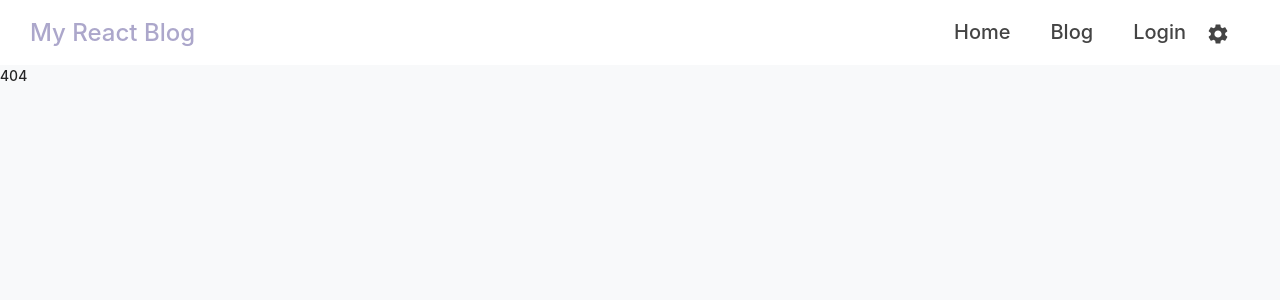
Repository: Kaycee-attah/react_blog
Page: /
The author's editor kept a copy of each file at every save. The page is drawn from the files as they stood at one save, then again after the next save.
The browser window is 1280 px wide. The pictures show the whole page.
The project was rebuilt for these pictures with package versions that can differ from the ones it lists, and the page was loaded fresh each time.

Above is the page before, as saved 2021-10-09 18:05:27.

### src/index.js
import React from 'react';
import ReactDOM from 'react-dom';
import App from './App';
import reportWebVitals from './reportWebVitals';
import './assets/scss/base.scss';
import 'antd/dist/antd.css';
import "@quasar/extras/ionicons-v4/ionicons-v4.css";

ReactDOM.render(
  <React.StrictMode>
    <App />
  </React.StrictMode>,
  document.getElementById('root')
);

// If you want to start measuring performance in your app, pass a function
// to log results (for example: reportWebVitals(console.log))
// or send to an analytics endpoint. Learn more: https://bit.ly/CRA-vitals
reportWebVitals();

### src/App.js
import React, { useState, useEffect } from "react";
import Navigation from "./components/navigation";
import {BrowserRouter as Router, Switch, Route, Redirect} from 'react-router-dom';
import PageRenderer from "./page-renderer";
import {usersSelectedModeContext} from "./contexts/usersSelectedModeContext";
import {sidebarContext} from "./contexts/sidebarContext";
import { settingsContext } from "./contexts/settingsContext";
import {SwipeProvider} from "./contexts/swipeContext";

function App() {
  const [darkMode, setDarkMode] =useState(getInitialMode());
  const [menuActive, setMenuActive] = useState(false);
  const [settingsMenu, setSettingsMenu] = useState(false);
  useEffect(() => {
    localStorage.setItem('darkMode', JSON.stringify(darkMode));
    // return () => {
    //     cleanup
    // }
}, [darkMode])

function getInitialMode() {
    const savedMode = JSON.parse(localStorage.getItem('darkMode'));
    return savedMode || false;
};
  return (
    <Router>
      <div className={darkMode ? "App-darkMode" : "App-lightMode"}>
        <usersSelectedModeContext.Provider value={{darkMode, setDarkMode}}>
          <sidebarContext.Provider value={{menuActive, setMenuActive}}>
            < settingsContext.Provider value={{settingsMenu, setSettingsMenu}} >
              <SwipeProvider>
                <Navigation/>
                <Switch>
                  <Route path="/:page" component={PageRenderer} />
                  <Route path="/" render={() => <Redirect to="/home" />} />
                  <Route component={() => 404} />
                </Switch>
              </SwipeProvider>
            </settingsContext.Provider>
          </sidebarContext.Provider>
        </usersSelectedModeContext.Provider>
      </div>
    </Router>

  );
}

export default App;

### src/assets/scss/base.scss
 @import './_variables';
 @import './_navigation';

 .App-darkMode {
    background-color: #1b2938;
 };

 .App-darkMode nav{
    background-color: #1b2938;
 };

 .App-darkMode nav .settings-dropDown-Menu-Card-true .settings-dropDown-Menu{
    background-color: #1b2938;
 };

 @media screen and (max-width: 900px) {
   .App-darkMode nav .menu-content-container {
      background-color: #1b2938;
   }
 }

 html body{
     font-family: -apple-system, BlinkMacSystemFont, 'Segoe UI', Roboto, Oxygen, Ubuntu, Cantarell, 'Open Sans', 'Helvetica Neue', sans-serif;
     font-weight: 500;
     margin: 0;
     background-color: $body-background-color;
 };

### src/components/navigation.js
import React, { useContext } from "react";
import { IoIosMenu } from "react-icons/io"
import { Sidebar } from "./Sidebar";
import { sidebarContext } from "../contexts/sidebarContext";
import { useSwipe } from "../contexts/swipeContext";
import { AiOutlineMore } from "react-icons/ai";
import { MdOutlineMenuOpen } from "react-icons/md";
import { settingsContext } from "../contexts/settingsContext";
import { Avatar } from 'antd';
import { UserOutlined } from '@ant-design/icons';
import { MdLightMode, MdNightlight } from "react-icons/md";
import { usersSelectedModeContext } from "../contexts/usersSelectedModeContext";

export default function Navigation(){
    const {menuActive, setMenuActive} = useContext(sidebarContext);
    const {settingsMenu, setSettingsMenu} = useContext(settingsContext);
    const {darkMode, setDarkMode} = useContext(usersSelectedModeContext);
    const { handleTouchStart } = useSwipe();
    const { handleTouchEnd } = useSwipe();
    const { handleTouchMove } = useSwipe();

    function handleMore() {
        setSettingsMenu(!settingsMenu);
    };
    return(

        <nav onTouchStart={handleTouchStart} onTouchEnd={handleTouchEnd} onTouchMove={handleTouchMove} className='Blog-Navigation'>
            <span onClick={() => setMenuActive(!menuActive)} className={`menu-icon ${!menuActive && 'active'}`}>
                <IoIosMenu style={{display: !menuActive ? "flex" : "none"}}/>
                <MdOutlineMenuOpen style={{display: menuActive ? "flex" : "none"}}/>
            </span>
            <span className="menu-title">My React Blog</span>
            <span className={`more-icon`} onClick={handleMore}>
                <AiOutlineMore />
            </span>
            <div className={`more-icon-dropDown-Menu-Card-${settingsMenu}`}>
                        <div className="more-icon-dropDown-Menu">
                            <div className="users-avatar">
                                <Avatar icon={<UserOutlined />} size={38}/>
                                <span className="users-avatar-name">Attah Kelechi</span>
                            </div>
                            <div className="toggle-mode-wrapper">
                                <div className="toggle-mode-container">
                                    <MdLightMode />
                                    <label>
                                        <input checked={darkMode} type="checkbox"/>
                                        <span onClick={() => setDarkMode(prevMode => !prevMode)} className="check"></span>
                                    </label>
                                    <MdNightlight />
                                </div>
                            </div>
                        </div>
                    </div>
            <Sidebar />
        </nav>
    )
}

### src/page-renderer.js
import React from 'react';
import { useRouteMatch } from 'react-router-dom';

const generatePage = page => {
    const component = () => require(`./pages/${page}`).default

/*---------            this generates each page dynamically         ---------*/
    try {
        return React.createElement(component())
    } catch (error) {
        console.warn(error);
 /*---------            this creates the 404 page seen         ---------*/
        return React.createElement(() => 404)
    }
}

export default function PageRenderer() {

    const {
        params: { page }
    } = useRouteMatch()

    return generatePage(page)
}

### src/contexts/usersSelectedModeContext.js
import { createContext } from "react";

export const usersSelectedModeContext = createContext(null);

### src/contexts/sidebarContext.js
import { createContext } from "react";

export const sidebarContext = createContext(false);

### src/contexts/settingsContext.js
import { createContext } from "react";

export const settingsContext = createContext(null);

### src/contexts/swipeContext.js
import React, { useContext, useState } from 'react';
import { sidebarContext } from './sidebarContext';

const SwipeAbleContext = React.createContext();

export function useSwipe() {
    return useContext(SwipeAbleContext);
}

export function SwipeProvider({ children }) {
    const {menuActive, setMenuActive} = useContext(sidebarContext);
    const [touchStart, setTouchStart] = useState(0);
    const [touchEnd, setTouchEnd] = useState(0);

    function handleTouchStart(e) {
        setTouchStart(e.targetTouches[0].clientX)
    };

    function handleTouchMove(e) {
        setTouchEnd(e.targetTouches[0].clientX)
    };

    function handleTouchEnd() {
        if(touchStart - touchEnd > 150 && menuActive) {
            setMenuActive(false)

        }

        if(touchStart - touchEnd < -150 && !menuActive) {
            setMenuActive(true);

        }
    }


    const value = {
        handleTouchStart,
        handleTouchEnd,
        handleTouchMove
    }

    return (
        <SwipeAbleContext.Provider value={value}>
            {children}
        </SwipeAbleContext.Provider>
    )
}

### src/assets/scss/_variables.scss
/*      ----------      all colors for different points in the appliation(normal screen size eg laptops)      -----------------------------------------      */
$body-background-color: #f8f9fa;
$title-text-color: #aca7cb;
$input-type-checkbox-Checked: #f8f8f8;
$navigation-link-color-onHover: #2997ff;
$navigation-link-color: #444;
$navigation-background-color: white;
$settings-dropDown-Menu-Card-backGroundColor: #f8f8f8;
$settings-dropDown-Menu-backGroundColor: white;
$toggle-checkbox-darkMode-backgroundColor: #092c3e;
$toggle-checkbox-lightMode-backgroundColor: #f8f8f8;
$toggle-checkbox-lightMode-check-before-backgroundColor: #f8f8f8;
$toggle-checkbox-darkMode-check-after-backgroundColor: #092c3e;

/*      ----------      all colors for different points in the appliation(smaller screen sizes eg mobile devies, tablets)      -----------------------------------------      */
$sideBar-backgroundColor: white;

### src/assets/scss/_navigation.scss
.Blog-Navigation {
    height: 65px;
    width: 100%;
    background: $navigation-background-color;
    display: flex;
    justify-content: space-between;
    color: $navigation-link-color;

    .more-icon {
        display: none;
    };

    .more-icon-dropDown-Menu-Card-true {
        display: none;
    };

    .more-icon-dropDown-Menu-Card-false {
        display: none;
    }

    .menu-title {
        font-size: 24px;
        font-weight: 500;
        display: flex;
        align-items: center;
        margin-left: 30px;
        color: $title-text-color;
    };

    .menu-content-container {
        display: flex;
        align-items: center;
        padding-right: 30px;
        ul {
            height: 100%;
            margin-block-start: 0;
            margin-block-end: 0;
            padding-inline-start: 0;
            display: flex;
            align-items: center;
            list-style-type: none;
            padding-right: 20px;

            a {
                text-decoration: none;
                padding: 0 20px 0 20px;
                font-size: 20px;
                color: $navigation-link-color;

                &:hover {
                    color: $navigation-link-color-onHover;
                };

            };

            .settings-icon {
                margin-top: 10px;
                font-size: 24px;
                font-weight: 500;
                position: relative;
            };

            .settings-dropDown-Menu-Card-true {
                background-color: $settings-dropDown-Menu-Card-backGroundColor;
                position: absolute;
                display: flex;
                justify-content: center;
                align-items: center;
                height: 150px;
                width: 20%;
                right: 1%;
                top: 65px;
                border-radius: 7px;


                .settings-dropDown-Menu {
                    background-color: $settings-dropDown-Menu-backGroundColor;
                    height: 84%;
                    width: 94%;
                    display: flex;
                    flex-direction: column;
                    justify-content: space-around;
                    align-items: center;
                    border-radius: 7px;
                    box-sizing: border-box;
                    box-shadow: 0 9px 12px rgba(0, 0, 0, 0.16), 0 3px 6px rgba(0, 0, 0, 0.23);

                    .users-avatar {
                        padding-top: 8px;
                        display: flex;
                        flex-direction: column;
                        justify-content: space-around;
                        align-items: center;
                        height: 60%;
                        width: 100%;

                        .ant-avatar {
                            border: 1px solid
                        };
                        .ant-avatar-icon {
                            margin: 0;

                            .anticon {
                                margin: 3.3px
                            }
                        }
                        .users-avatar-name {
                            font-size: 16.5px
                        };
                    };

                    .toggle-mode-wrapper {
                        height: 100%;
                        width: 100%;
                        display: flex;
                        justify-content: center;
                        align-items: center;

                        .toggle-mode-container {
                            height: 100%;
                            width: 80%;
                            display: flex;
                            flex-direction: row;
                            justify-content: space-around;
                            align-items: center;
                            border-top: 3px solid #f5f2f2;
                            padding-top: 4px;

                            input[type="checkbox"] {
                                -webkit-appearance: none;
                                visibility: hidden;
                                display: none;
                            };

                            .check {
                                position: relative;
                                display: block;
                                width: 40px;
                                height: 20px;
                                background: $toggle-checkbox-darkMode-backgroundColor;
                                cursor: pointer;
                                border-radius: 20px;
                                overflow: hidden;
                                transition: ease-in 0.5s
                            };

                            input[type="checkbox"]:checked ~ .check {
                                background: $input-type-checkbox-Checked;
                            };

                            .check:before {
                                content: "";
                                position: absolute;
                                top: 2px;
                                left: 2px;
                                background: $toggle-checkbox-lightMode-check-before-backgroundColor;
                                width: 16px;
                                height: 16px;
                                border-radius: 50%;
                                transition: 0.5s
                            };

                            input[type="checkbox"]:checked ~ .check:before {
                                transform: translateX(20px)
                            };

                            .check::after {
                                content: "";
                                position: absolute;
                                top: 2px;
                                left: 2px;
                                background: $toggle-checkbox-darkMode-check-after-backgroundColor;
                                width: 16px;
                                height: 16px;
                                border-radius: 50%;
                                transition: 0.5s;
                                transform: translateX(-20px)
                            };

                            input[type="checkbox"]:checked ~ .check::after {
                                transform: translateX(20px)
                            }
                        };
                    };
                };
            };

            .settings-dropDown-Menu-Card-false {
                display: none;
            };
        };
    };

    .menu-icon {
        margin-top: 10px;
        font-size: 33px;
        display: none;
        cursor: pointer
    };

};

@media screen and (max-width: 900px) {
    .Blog-Navigation {
        // position: relative;

        .menu-icon {
            display: flex;
                margin-left: 10px;
                margin-top: 0;
                justify-content: flex-end;
                align-items: center;
                position: relative;

            // &.active {
            //     display: flex;
            //     margin-left: 10px;
            //     margin-top: 0;
            //     justify-content: flex-end;
            //     align-items: center;

            // };
        };

        .menu-title {
            margin-left: 0;


        };
        .more-icon {
            display: flex;
            font-size: 32px;
            justify-content: center;
            align-items: center;
            margin-right: 10px;
            position: relative;
            cursor: pointer;
        };

        .more-icon-dropDown-Menu-Card-true {
            background-color: $settings-dropDown-Menu-Card-backGroundColor;
            position: absolute;
            display: flex;
            justify-content: center;
            align-items: center;
            height: 150px;
            width: 50%;
            right: 1%;
            top: 65px;
            border-radius: 7px;


            .more-icon-dropDown-Menu {
                background-color: $settings-dropDown-Menu-backGroundColor;
                height: 84%;
                width: 94%;
                display: flex;
                flex-direction: column;
                justify-content: space-around;
                align-items: center;
                border-radius: 7px;
                box-sizing: border-box;
                box-shadow: 0 9px 12px rgba(0, 0, 0, 0.16), 0 3px 6px rgba(0, 0, 0, 0.23);

                .users-avatar {
                    padding-top: 8px;
                    display: flex;
                    flex-direction: column;
                    justify-content: space-around;
                    align-items: center;
                    height: 60%;
                    width: 100%;

                    .ant-avatar {
                        border: 1px solid
                    };
                    .ant-avatar-icon {
                        margin: 0;

                        .anticon {
                            margin: 3.3px
                        }
                    }
                    .users-avatar-name {
                        font-size: 16.5px
                    };
                };

                .toggle-mode-wrapper {
                    height: 100%;
                    width: 100%;
                    display: flex;
                    justify-content: center;
                    align-items: center;

                    .toggle-mode-container {
                        height: 100%;
                        width: 80%;
                        display: flex;
                        flex-direction: row;
                        justify-content: space-around;
                        align-items: center;
                        border-top: 3px solid #f5f2f2;
                        padding-top: 4px;

                        input[type="checkbox"] {
                            -webkit-appearance: none;
                            visibility: hidden;
                            display: none;
                        };

                        .check {
                            position: relative;
                            display: block;
                            width: 40px;
                            height: 20px;
                            background: $toggle-checkbox-darkMode-backgroundColor;
                            cursor: pointer;
                            border-radius: 20px;
                            overflow: hidden;
                            transition: ease-in 0.5s
                        };

                        input[type="checkbox"]:checked ~ .check {
                            background: $input-type-checkbox-Checked;
                        };

                        .check:before {
                            content: "";
                            position: absolute;
                            top: 2px;
                            left: 2px;
                            background: $toggle-checkbox-lightMode-check-before-backgroundColor;
                            width: 16px;
                            height: 16px;
                            border-radius: 50%;
                            transition: 0.5s
                        };

                        input[type="checkbox"]:checked ~ .check:before {
                            transform: translateX(20px)
                        };

                        .check::after {
                            content: "";
                            position: absolute;
                            top: 2px;
                            left: 2px;
                            background: $toggle-checkbox-darkMode-check-after-backgroundColor;
                            width: 16px;
                            height: 16px;
                            border-radius: 50%;
                            transition: 0.5s;
                            transform: translateX(-20px)
                        };

                        input[type="checkbox"]:checked ~ .check::after {
                            transform: translateX(20px)
                        }
                    };
                };
            };
        };

        .more-icon-dropDown-Menu-Card-false {
            display: none;
        };

        .menu-content-container {
            width: 300px;
            height: calc(100% - 65px);
            background: $sideBar-backgroundColor;
            position: absolute;
            top: 65px;
            left: -300px;
            transition: 300ms ease left;
            flex-direction: column-reverse;
            padding: 0;

            &.active {
                left: 0px;
            };

            li {
                height: 65px;
                display: flex;
                align-items: center;
                justify-content: center;

                a {
                    width: 100%;
                    padding: 0;
                    display: flex;
                align-items: center;
                justify-content: center;

                };
            }

            ul {
                flex-direction: column;
                justify-content: flex-start;
                padding: 30px 0 0 0;


                .settings-icon {
                    display: none;
                };

                .settings-dropDown-Menu-Card-true {
                    display: none;
                };

                .settings-dropDown-Menu-Card-false {
                    display: none;
                };
            };

            ul,li{
                width: 100%;
            }

        };
    };
};

@media screen and (max-width: 400px) {
    .Blog-Navigation {

        .more-icon-dropDown-Menu-Card-true {
            width: 80%;
        };

        .menu-content-container {
            width: 230px;
        }
    };
};

### src/components/Sidebar.js
import React,{ useContext } from 'react';
import { Link } from "react-router-dom";
import { Avatar } from 'antd';
import { UserOutlined } from '@ant-design/icons';
import { MdLightMode, MdNightlight, MdSettings } from "react-icons/md";
import { usersSelectedModeContext } from "../contexts/usersSelectedModeContext";
import {sidebarContext} from "../contexts/sidebarContext";
import { settingsContext } from '../contexts/settingsContext';

const navigation_links = [
    {
        title: 'Home',
        path: './'
    },
    {
        title: 'Blog',
        path: './blog'
    },
    {
        title: 'Login',
        path: './login'
    }
]

export function Sidebar() {
    const {settingsMenu, setSettingsMenu} = useContext(settingsContext);
    const {darkMode, setDarkMode} = useContext(usersSelectedModeContext);
    const {menuActive} = useContext(sidebarContext);

    // const handleClick = useCallback((e) => {
    //     if (node1.current.contains(e.target)) {
    //         setMenuActive(true);
    //     };
    //   },[setMenuActive]);

    // useEffect(() => {
    //     // add when mounted
    //     document.addEventListener("touchstart", handleClick);
    //     // return function to be called when unmounted
    //     return () => {
    //       document.removeEventListener("touchend", handleClick);
    //     };
    //   }, [handleClick]);

    function handleSettings() {
        setSettingsMenu(!settingsMenu);
    };
    return (
        <div className={`menu-content-container ${menuActive && 'active'}`}>
                <ul>
                    {
                        navigation_links.map((link, index) => (
                            <li key={index}>
                                <Link to={link.path}>{link.title}</Link>
                            </li>
                        ))
                    }
                    <span className="settings-icon" onClick={handleSettings}>
                        <MdSettings />

                    </span>
                    <div className={`settings-dropDown-Menu-Card-${settingsMenu}`}>
                        <div className="settings-dropDown-Menu">
                            <div className="users-avatar">
                                <Avatar icon={<UserOutlined />} size={38}/>
                                <span className="users-avatar-name">Attah Kelechi</span>
                            </div>
                            <div className="toggle-mode-wrapper">
                                <div className="toggle-mode-container">
                                    <MdLightMode />
                                    <label>
                                        <input checked={darkMode} type="checkbox"/>
                                        <span onClick={() => setDarkMode(prevMode => !prevMode)} className="check"></span>
                                    </label>
                                    <MdNightlight />
                                </div>
                            </div>
                        </div>
                    </div>
                </ul>
            </div>
    )
}

Loaded but not shown: src/reportWebVitals.js (common file)

After the next save:
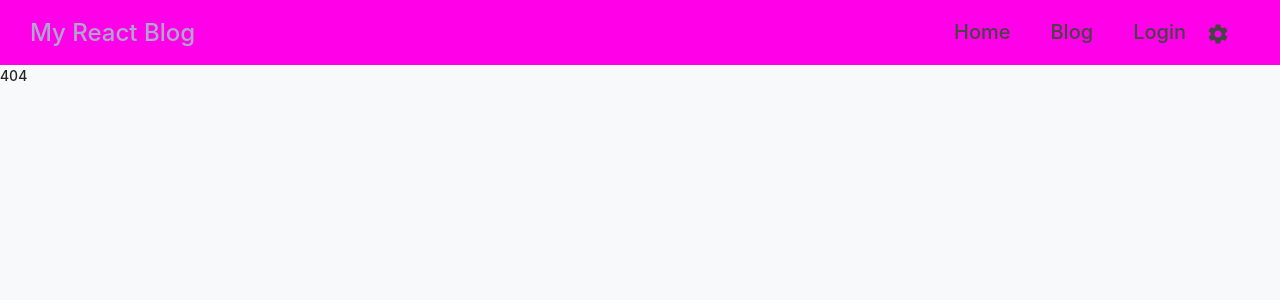
Saved 54 s later.
--- a/src/assets/scss/_variables.scss
+++ b/src/assets/scss/_variables.scss
@@ -4,7 +4,7 @@
 $input-type-checkbox-Checked: #f8f8f8;
 $navigation-link-color-onHover: #2997ff;
 $navigation-link-color: #444;
-$navigation-background-color: white;
+$navigation-background-color: #ff00e9;
 $settings-dropDown-Menu-Card-backGroundColor: #f8f8f8;
 $settings-dropDown-Menu-backGroundColor: white;
 $toggle-checkbox-darkMode-backgroundColor: #092c3e;

After the save that followed:
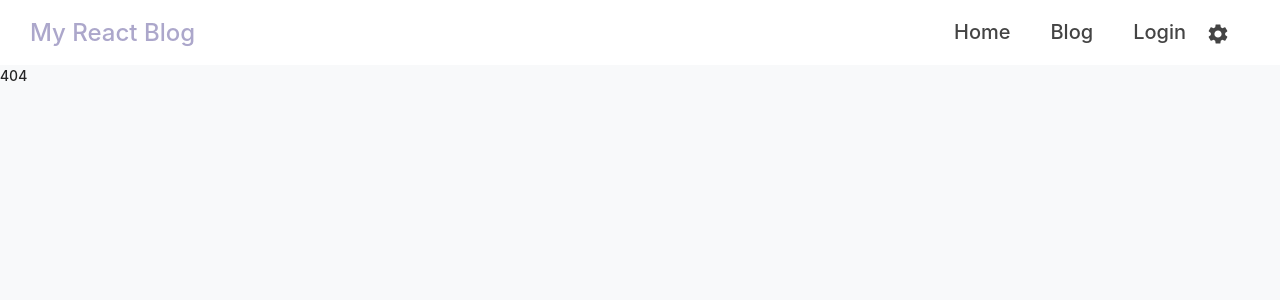
Saved 41 s later.
--- a/src/assets/scss/_variables.scss
+++ b/src/assets/scss/_variables.scss
@@ -4,7 +4,7 @@
 $input-type-checkbox-Checked: #f8f8f8;
 $navigation-link-color-onHover: #2997ff;
 $navigation-link-color: #444;
-$navigation-background-color: #ff00e9;
+$navigation-background-color: white;
 $settings-dropDown-Menu-Card-backGroundColor: #f8f8f8;
 $settings-dropDown-Menu-backGroundColor: white;
 $toggle-checkbox-darkMode-backgroundColor: #092c3e;
